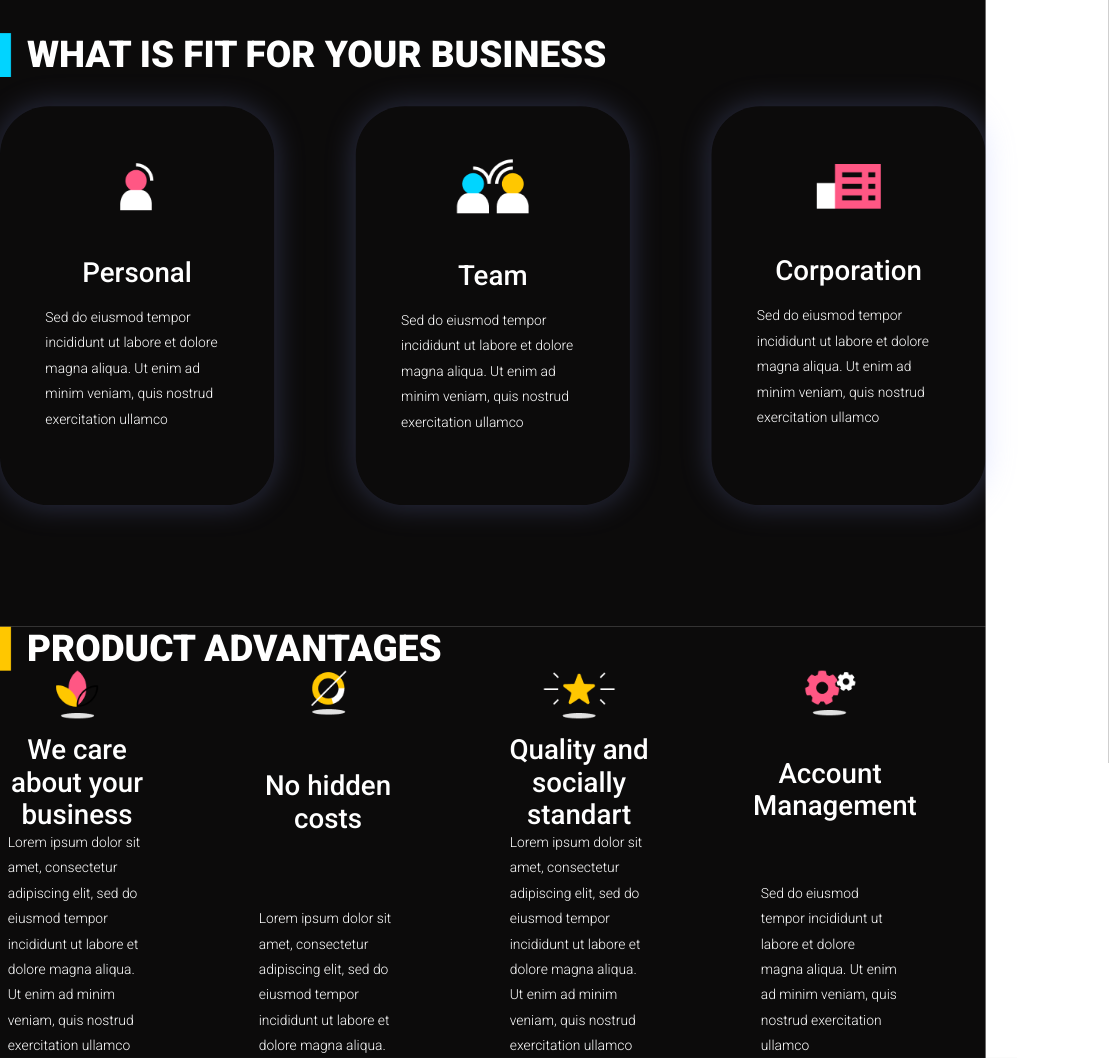
Repository: VetaWhale/team-site-test
Page: index.html
These files come from the project's save history. The page is drawn as it stood at one moment and after the next save; the edit follows.
The browser window is 1280 px wide. The page is 1440 px wide, so the pictures cover 1440 px, including what lies to the right of the window. The pictures show the whole page, at 77% of full size.
Some web fonts or font styles are not loaded; a fallback is used.

Above is the page before, as saved 2023-04-24 15:13:50.

### index.html
<!DOCTYPE html>
<html lang="en">

<head>
    <meta charset="UTF-8" />
    <link rel="stylesheet" href="./css/reset.css" />
    <link rel="preconnect" href="https://fonts.googleapis.com" />
    <link rel="preconnect" href="https://fonts.gstatic.com" crossorigin />
    <link href="https://fonts.googleapis.com/css2?family=Nunito:wght@400;800&family=Oranienbaum&family=Prata&family=Rammetto+One&family=Roboto:wght@300;400;500;700;900&display=swap" rel="stylesheet" />
    <link rel="stylesheet" href="./css/index.css" />
    <title>Our test site</title>
</head>

<body>
    <header></header>
    <main>
        <section class="business">
            <div class="business__title">
                <img class="business__icon" src="./resources/business_icon.png" alt="">
                <h2 class="business__text">
                    WHAT IS FIT FOR YOUR BUSINESS
                </h2>
            </div>
            <div class="business__container">
                <div class="business__item">
                    <img src="./resources/people__icon.png" alt="" />
                    <h2 class="business__title-text">Personal</h2>
                    <p class="business__description">
                        Sed do eiusmod tempor incididunt ut labore et dolore magna aliqua. Ut enim ad minim veniam, quis nostrud exercitation ullamco
                    </p>
                </div>

                <div class="business__item">
                    <img src="./resources/two_people__icon.png" alt="" />
                    <h2 class="business__title-text">Team</h2>
                    <p class="business__description">
                        Sed do eiusmod tempor incididunt ut labore et dolore magna aliqua. Ut enim ad minim veniam, quis nostrud exercitation ullamco
                    </p>
                </div>
                <div class="business__item">
                    <img src="./resources/home__icon.png" alt="" />
                    <h2 class="business__title-text">Corporation</h2>
                    <p class="business__description">
                        Sed do eiusmod tempor incididunt ut labore et dolore magna aliqua. Ut enim ad minim veniam, quis nostrud exercitation ullamco
                    </p>
                </div>
            </div>
        </section>
        <section class="product__section">
            <div class="product__title">
                <img src="./resources/product_icon.png" alt="">
                <h2>
                    PRODUCT ADVANTAGES
                </h2>
            </div>
            <div class="product__container">
                <div class="product__item">
                    <img src="./resources/product_icon-flower.png" alt="">
                    <h2 class="product__title-text">
                        We care about your business
                    </h2>
                    <p class="product__description">
                        Lorem ipsum dolor sit amet, consectetur adipiscing elit, sed do eiusmod tempor incididunt ut labore et dolore magna aliqua. Ut enim ad minim veniam, quis nostrud exercitation ullamco
                    </p>
                </div>
                <div class="product__item">
                    <img src="./resources/product_icon-ellipse.png" alt="">
                    <h2 class="product__title-text">
                        No hidden costs
                    </h2>
                    <p class="product__description">
                        Lorem ipsum dolor sit amet, consectetur adipiscing elit, sed do eiusmod tempor incididunt ut labore et dolore magna aliqua.
                    </p>
                </div>
                <div class="product__item">
                    <img src="./resources/product_icon-star.png" alt="">
                    <h2 class="product__title-text">
                        Quality and socially standart
                    </h2>
                    <p class="product__description">
                        Lorem ipsum dolor sit amet, consectetur adipiscing elit, sed do eiusmod tempor incididunt ut labore et dolore magna aliqua. Ut enim ad minim veniam, quis nostrud exercitation ullamco
                    </p>
                </div>
                <div class="product__item">
                    <img src="./resources/ICON 04.png" alt="">
                    <h2 class="product__title-text">
                        Account Management
                    </h2>
                    <p class="product__description">
                        Sed do eiusmod tempor incididunt ut labore et dolore magna aliqua. Ut enim ad minim veniam, quis nostrud exercitation ullamco
                    </p>
                </div>
            </div>
        </section>
    </main>
    <footer></footer>
</body>

</html>

### css/index.css
/* Шрифты для нашего сайта */


/*
font-family: 'Nunito', sans-serif;
font-family: 'Oranienbaum', serif;
font-family: 'Prata', serif;
font-family: 'Rammetto One', cursive;
font-family: 'Roboto', sans-serif;
*/

@import'../css/business.css';
@import'../css/product.css';
body {
    font-family: 'Roboto', sans-serif;
}

### css/business.css
.business {
    width: 100%;
    background-color: #0C0B0B;
    padding-top: 43px;
    margin: 0 auto;
}

.business__container {
    max-width: 1440px;
    margin: 0 auto;
    display: flex;
    flex-direction: row;
    gap: 94px;
    padding-top: 38px;
    padding-bottom: 158px;
    justify-content: space-between;
}

.business__title {
    max-width: 1440px;
    margin: 0 auto;
    display: flex;
    gap: 20px;
}

.business__text {
    font-weight: 900;
    font-size: 48px;
    line-height: 56px;
    color: #FFFFFF;
}

.business__title-text {
    font-weight: 500;
    font-size: 36px;
    line-height: 42px;
    color: #FFFFFF;
    padding-top: 40px;
}

.business__item {
    display: flex;
    justify-content: center;
    align-items: center;
    flex-direction: column;
    width: 356px;
    height: 518px;
    box-shadow: 0px 0px 40px rgba(146, 163, 255, 0.25);
    border-radius: 63px;
    gap: 20px;
}

.business__description {
    font-weight: 300;
    font-size: 18px;
    line-height: 33px;
    color: #FFFFFF;
    width: 238.17px;
    height: 188px
}

### css/product.css
.product__section {
    width: 100%;
    background-color: #0C0B0B;
    margin: 0 auto;
}

.product__title {
    width: 1440px;
    margin: 0 auto;
    display: flex;
    font-weight: 900;
    font-size: 48px;
    line-height: 56px;
    color: #FFFFFF;
    gap: 20px;
}

.product__container {
    display: flex;
    margin: 0 auto;
    width: 100%;
    max-width: 1440px;
    flex-direction: row;
    gap: 126px;
}

.product__item {
    display: flex;
    flex-direction: column;
    align-items: center;
    justify-content: space-between;
    gap: 20px;
}

.product__title-text {
    font-weight: 500;
    font-size: 36px;
    line-height: 42px;
    width: 200px;
    height: 104px;
    color: #FFFFFF;
    text-align: center;
}

.product__description {
    font-weight: 300;
    font-size: 18px;
    line-height: 33px;
    width: 180px;
    color: #FFFFFF;
}

Loaded but not shown: css/reset.css (common file)

After the next save:
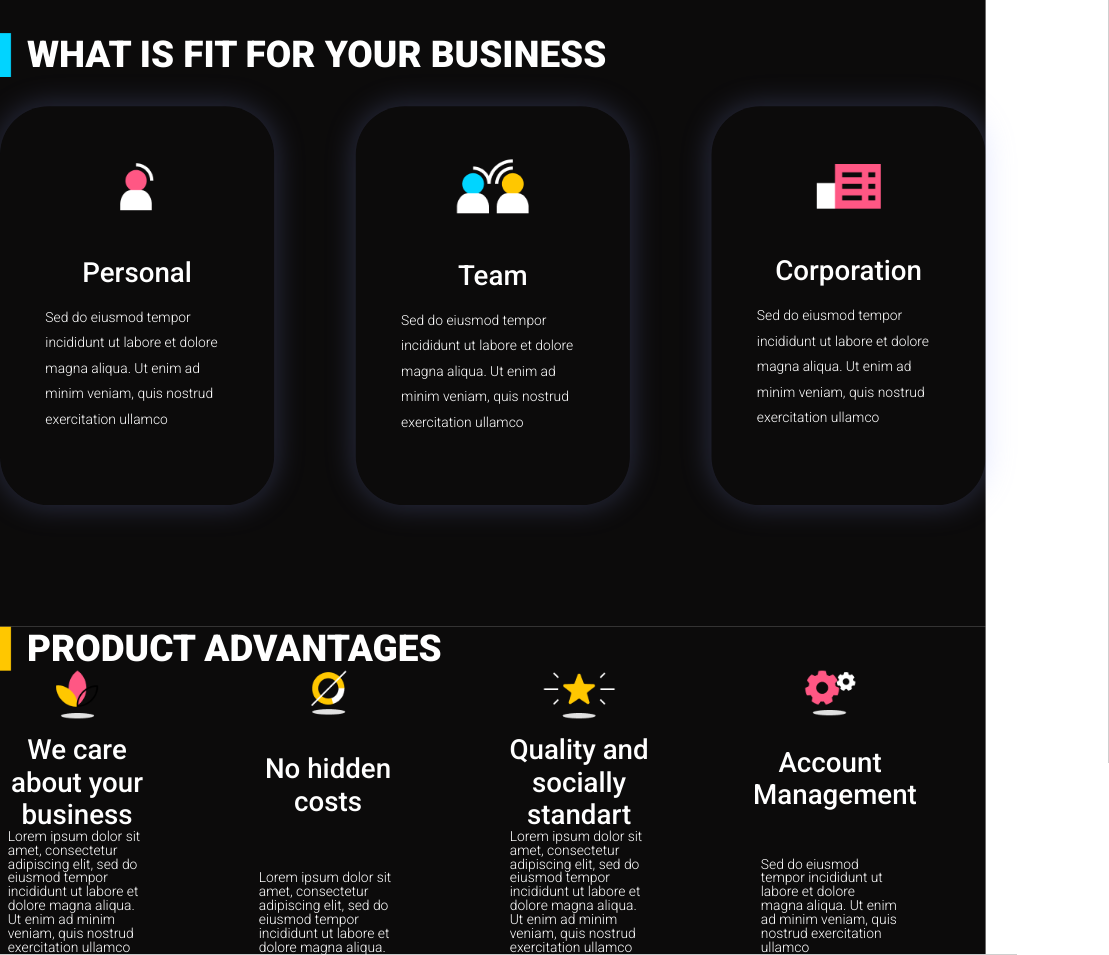
Saved 22 s later.
--- a/css/product.css
+++ b/css/product.css
@@ -45,7 +45,6 @@
 .product__description {
     font-weight: 300;
     font-size: 18px;
-    line-height: 33px;
     width: 180px;
     color: #FFFFFF;
 }
